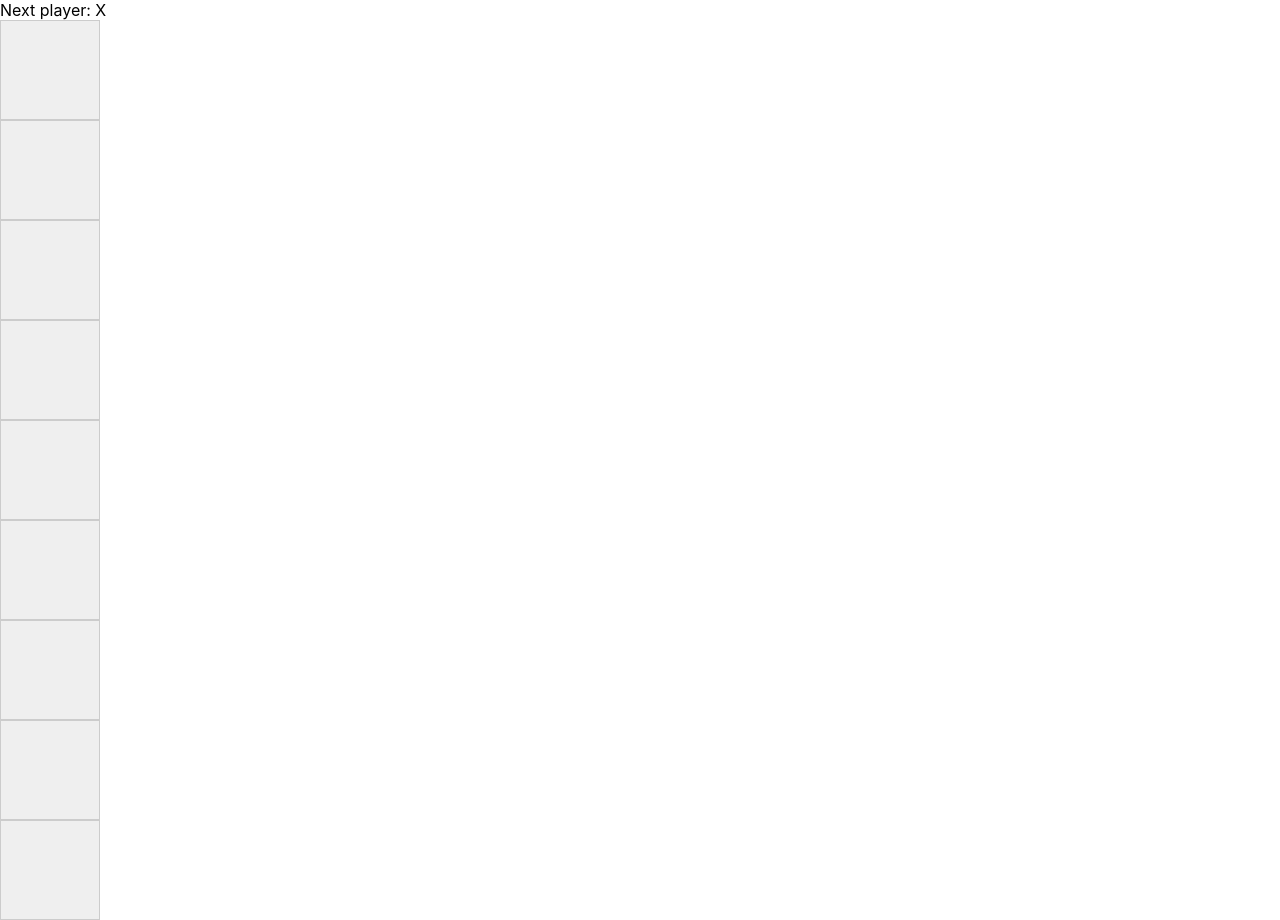
Repository: sedat-akdogan/React_Revision
Page: / (app in tic-tac-toe/)
An editor plug-in stored every save of this project. The page is shown before and after the next save, followed by the edit.
The browser window is 1280 px wide. The pictures show the whole page.
The project was rebuilt for these pictures with package versions that can differ from the ones it lists, and the page was loaded fresh each time.

Above is the page before, as saved 2023-05-13 00:32:58.

### tic-tac-toe/src/index.css
body {
    margin: 0;
    font-family: -apple-system, BlinkMacSystemFont, 'Segoe UI', 'Roboto', 'Oxygen',
        'Ubuntu', 'Cantarell', 'Fira Sans', 'Droid Sans', 'Helvetica Neue',
        sans-serif;
    -webkit-font-smoothing: antialiased;
    -moz-osx-font-smoothing: grayscale;
}

code {
    font-family: source-code-pro, Menlo, Monaco, Consolas, 'Courier New',
        monospace;
}

.square {
    width: 100px;
    height: 100px;
    font-size: 24px;
    border: 1px solid #ccc;
    display: flex;
    justify-content: center;
    align-items: center;
}

### tic-tac-toe/src/App.js
import { useState } from 'react';


function Square({ value, onSquareClick }) {
    return (
        <button className="square" onClick={onSquareClick}>
            {value}
        </button>
    );
}

export default function Board() {
    const [xIsNext, setXIsNext] = useState(true);
    const [squares, setSquares] = useState(Array(9).fill(null));

    function handleClick(i) {
        if (squares[i] || calculateWinner(squares)) {
            return;
        }
        const nextSquares = squares.slice();
        if (xIsNext) {
            nextSquares[i] = 'X';
        } else {
            nextSquares[i] = 'O';
        }
        setSquares(nextSquares);
        setXIsNext(!xIsNext);
    }

    const winner = calculateWinner(squares);
    let status;
    if (winner) {
        status = "Winner: " + winner;
    } else {
        status = "Next player: " + (xIsNext ? "X" : "O");
    }

    return (
        <>
            <div className="status">{status}</div>
            <div className="board-row">
                <Square value={squares[0]} onSquareClick={() => handleClick(0)} />
                <Square value={squares[1]} onSquareClick={() => handleClick(1)} />
                <Square value={squares[2]} onSquareClick={() => handleClick(2)} />
            </div>
            <div className="board-row">
                <Square value={squares[3]} onSquareClick={() => handleClick(3)} />
                <Square value={squares[4]} onSquareClick={() => handleClick(4)} />
                <Square value={squares[5]} onSquareClick={() => handleClick(5)} />
            </div>
            <div className="board-row">
                <Square value={squares[6]} onSquareClick={() => handleClick(6)} />
                <Square value={squares[7]} onSquareClick={() => handleClick(7)} />
                <Square value={squares[8]} onSquareClick={() => handleClick(8)} />
            </div>
        </>
    );
}

function calculateWinner(squares) {
    const lines = [
        [0, 1, 2],
        [3, 4, 5],
        [6, 7, 8],
        [0, 3, 6],
        [1, 4, 7],
        [2, 5, 8],
        [0, 4, 8],
        [2, 4, 6]
    ];
    for (let i = 0; i < lines.length; i++) {
        const [a, b, c] = lines[i];
        if (squares[a] && squares[a] === squares[b] && squares[a] === squares[c]) {
            return squares[a];
        }
    }
    return null;
}

Loaded but not shown: tic-tac-toe/public/index.html (common file); tic-tac-toe/src/index.js (common file); tic-tac-toe/src/reportWebVitals.js (common file)

After the next save:
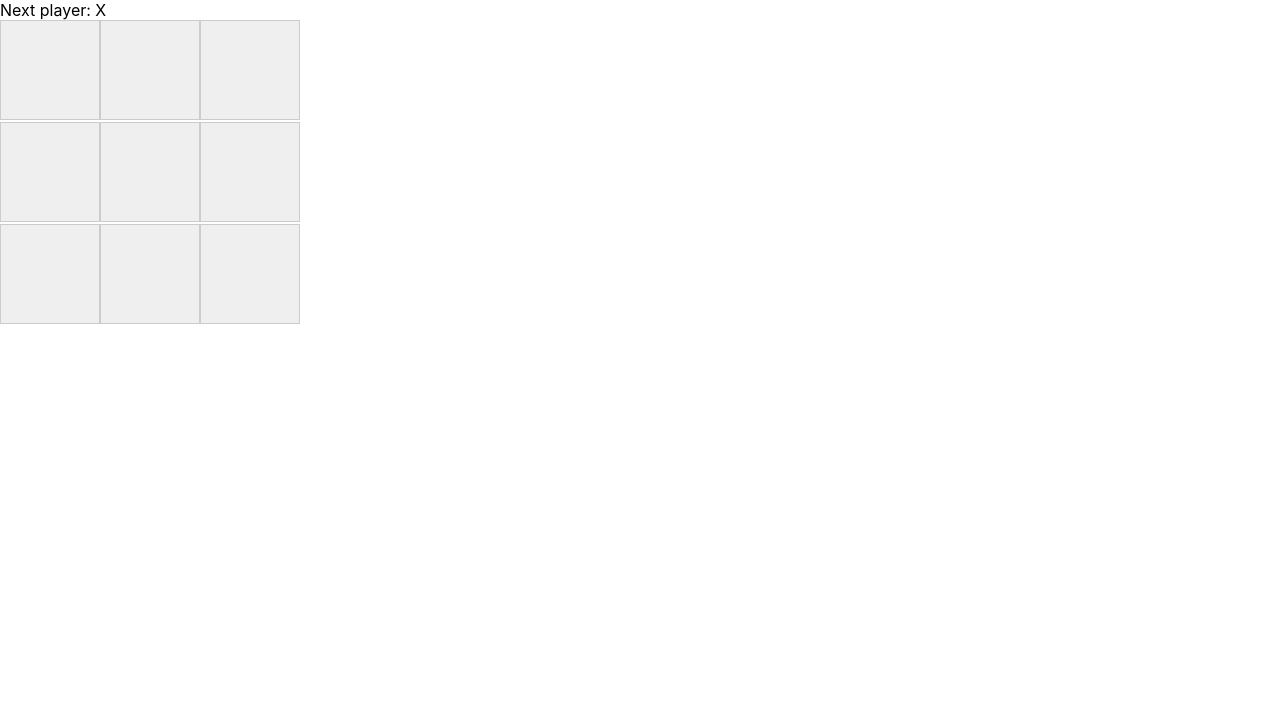
Saved 33 s later.
--- a/tic-tac-toe/src/index.css
+++ b/tic-tac-toe/src/index.css
@@ -17,7 +17,7 @@
     height: 100px;
     font-size: 24px;
     border: 1px solid #ccc;
-    display: flex;
+    /* display: flex; */
     justify-content: center;
     align-items: center;
 }

After the save that followed:
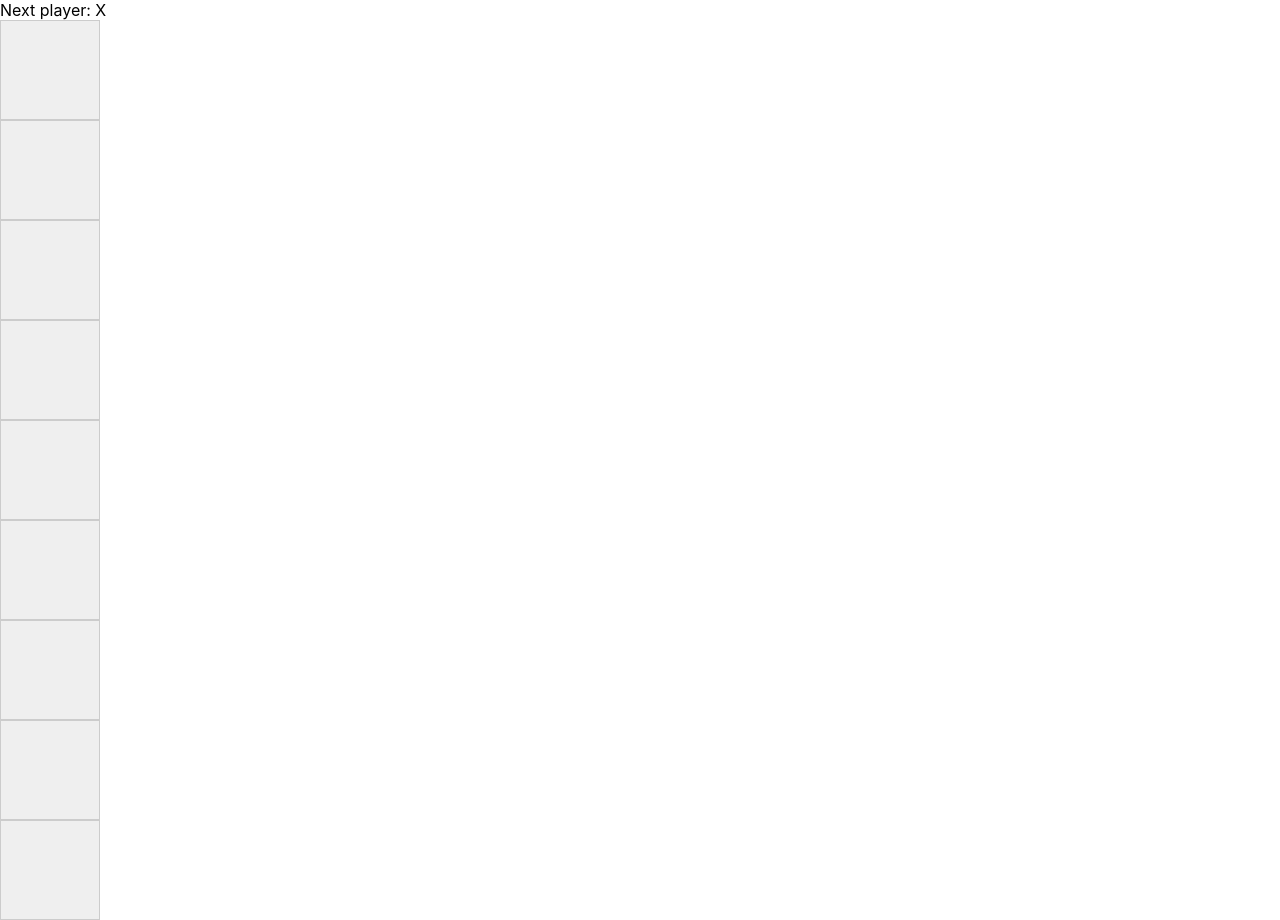
Saved 32 s later.
--- a/tic-tac-toe/src/index.css
+++ b/tic-tac-toe/src/index.css
@@ -17,7 +17,7 @@
     height: 100px;
     font-size: 24px;
     border: 1px solid #ccc;
-    /* display: flex; */
+    display: flex;
     justify-content: center;
     align-items: center;
 }
